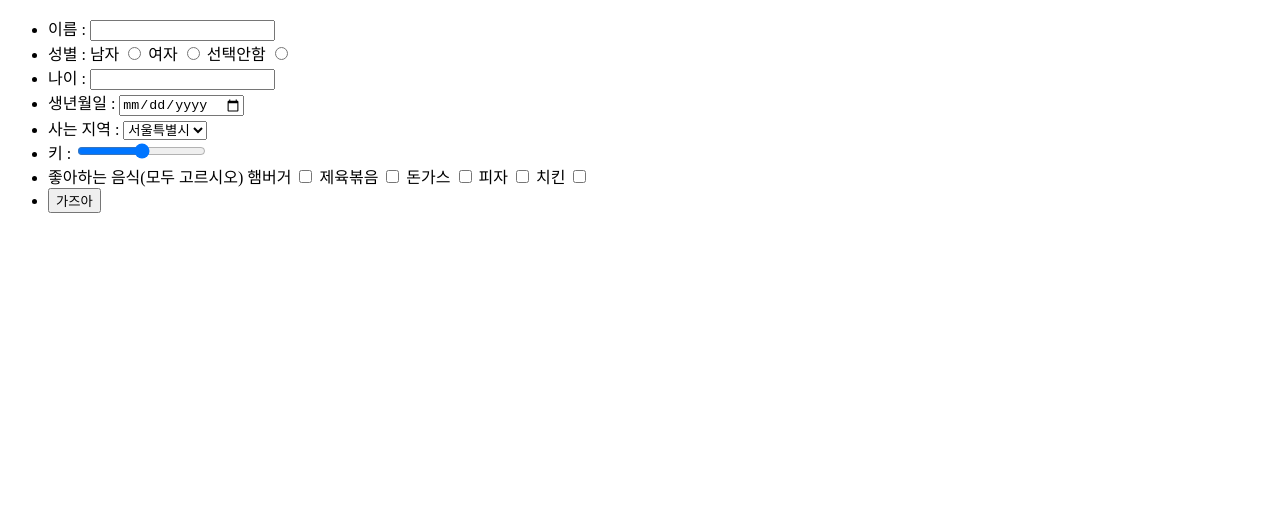
Repository: ghksl0204-shapa/dynamic-web
Page: MyFirstWebProject/src/main/webapp/views/request_get2.html
The author's editor kept a copy of each file at every save. The page is drawn from the files as they stood at one save, then again after the next save.
The browser window is 1280 px wide. The pictures show the whole page.

Above is the page before, as saved 2026-05-04 08:20:14.

After the next save:
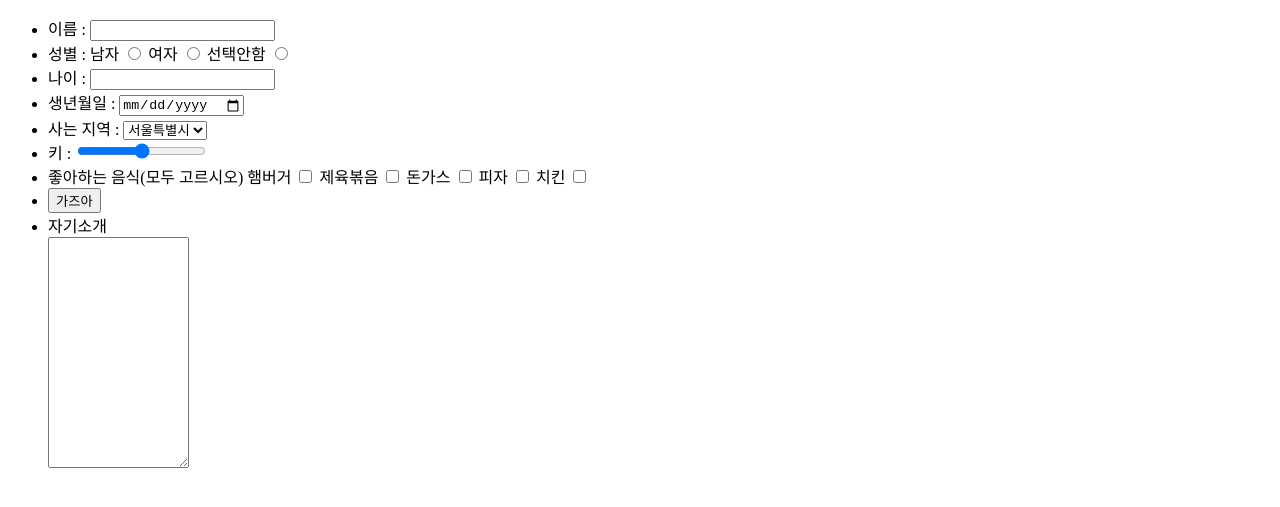
Saved 106 s later.
--- a/MyFirstWebProject/src/main/webapp/views/request_get2.html
+++ b/MyFirstWebProject/src/main/webapp/views/request_get2.html
@@ -59,6 +59,10 @@
 			<li>
 				<button type="submit">가즈아</button>
 			</li>
+			<li>
+				자기소개 <br>
+				<textarea rows="15" cols="15"></textarea>
+			</li>
 		</ul>
 	</form>
 
